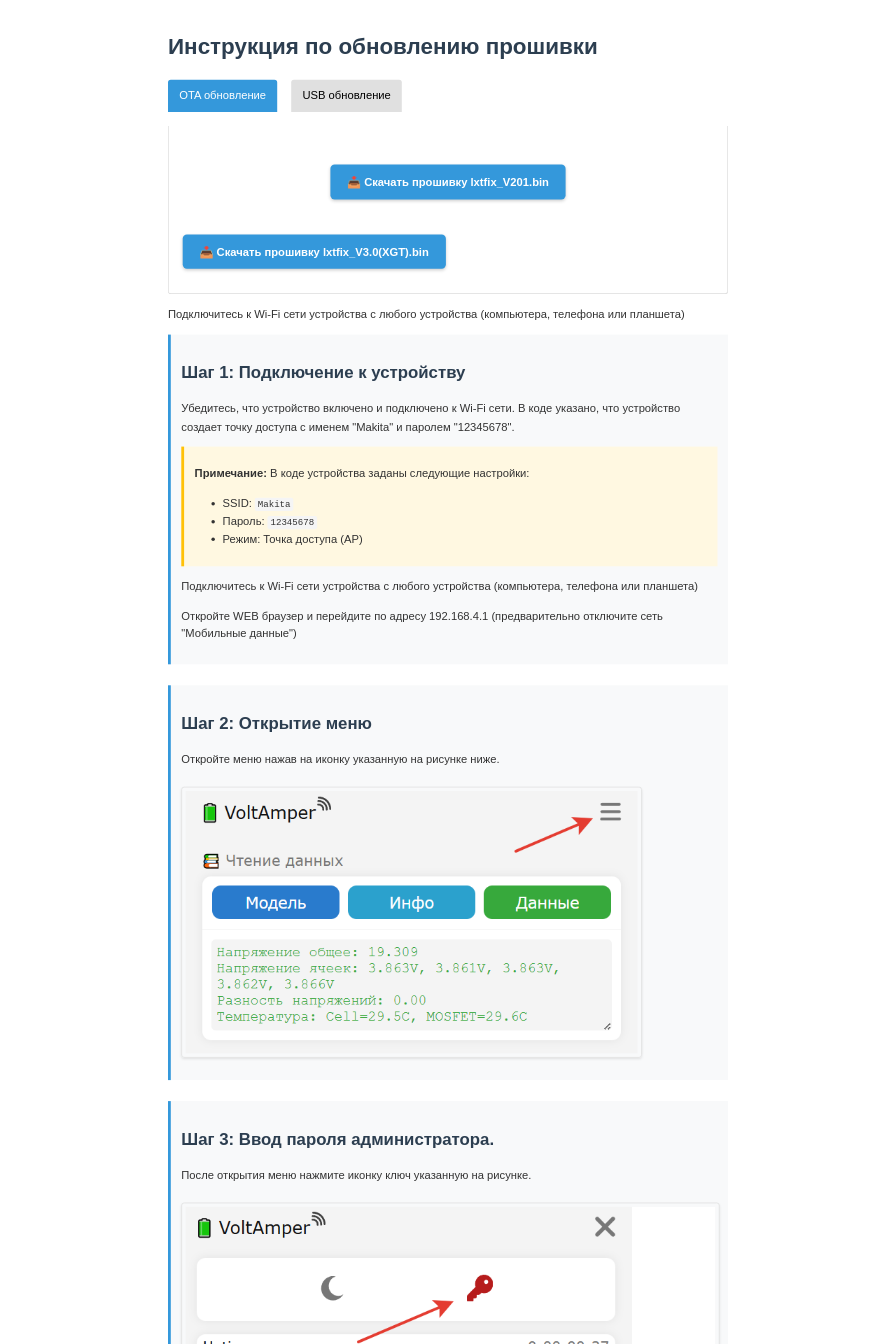
Repository: NikElectronics/ELIXStoFIX
Page: firmware.html
An editor plug-in stored every save of this project. The page is shown before and after the next save, followed by the edit.
The browser window is 1280 px wide. The pictures show the part of the page from y = 0 to 1920 px (the page is 5614 px tall before and 5601 px after), at 70% of full size.

Above is the page before, as saved 2026-01-19 05:06:23.

### firmware.html
<!DOCTYPE html>
<html lang="ru">

<head>
    <meta charset="UTF-8">
    <meta name="viewport" content="width=device-width, initial-scale=1.0">
    <title>Инструкция по обновлению прошивки</title>
    <style>
        body {
            font-family: Arial, sans-serif;
            line-height: 1.6;
            max-width: 800px;
            margin: 0 auto;
            padding: 20px;
            color: #333;
        }

        h1,
        h2,
        h3 {
            color: #2c3e50;
        }

        .step {
            margin-bottom: 30px;
            padding: 15px;
            border-left: 4px solid #3498db;
            background-color: #f8f9fa;
        }

        .screenshot {
            max-width: 100%;
            border: 1px solid #ddd;
            border-radius: 4px;
            padding: 5px;
            margin: 10px 0;
            box-shadow: 0 2px 4px rgba(0, 0, 0, 0.1);
            cursor: pointer;
            transition: transform 0.3s ease;
        }

        .screenshot:hover {
            transform: scale(1.05);
        }

        /* Стили для модального окна изображения */
        .modal {
            display: none;
            position: fixed;
            z-index: 1000;
            left: 0;
            top: 0;
            width: 100%;
            height: 100%;
            background-color: rgba(0, 0, 0, 0.9);
            backdrop-filter: blur(5px);
        }

        .modal-content {
            display: block;
            margin: auto;
            max-width: 90%;
            max-height: 90%;
            position: absolute;
            top: 50%;
            left: 50%;
            transform: translate(-50%, -50%);
            border-radius: 8px;
        }

        .close {
            position: absolute;
            top: 20px;
            right: 35px;
            color: #fff;
            font-size: 40px;
            font-weight: bold;
            cursor: pointer;
            z-index: 1001;
        }

        .close:hover {
            color: #ccc;
        }

        .note {
            background-color: #fff8e1;
            border-left: 4px solid #ffc107;
            padding: 10px 15px;
            margin: 15px 0;
        }

        .warning {
            background-color: #ffebee;
            border-left: 4px solid #f44336;
            padding: 10px 15px;
            margin: 15px 0;
        }

        code {
            background-color: #f5f5f5;
            padding: 2px 4px;
            border-radius: 3px;
            font-family: monospace;
        }

        .download-btn {
            display: inline-block;
            background-color: #3498db;
            color: white;
            padding: 12px 24px;
            text-decoration: none;
            border-radius: 6px;
            font-weight: bold;
            transition: all 0.3s ease;
            box-shadow: 0 2px 5px rgba(0, 0, 0, 0.2);
            margin: 15px 0;
        }

        .download-btn:hover {
            background-color: #2980b9;
            transform: translateY(-2px);
            box-shadow: 0 4px 8px rgba(0, 0, 0, 0.2);
        }

        .download-btn:active {
            transform: translateY(0);
            box-shadow: 0 2px 3px rgba(0, 0, 0, 0.2);
        }

        .download-container {
            text-align: center;
            margin: 20px 0;
        }

        .tab-btn {
            background-color: #e0e0e0;
            border: none;
            outline: none;
            cursor: pointer;
            padding: 14px 16px;
            font-size: 16px;
            border-radius: 4px 4px 0 0;
            transition: 0.3s;
        }

        .tab-btn.active {
            background-color: #3498db;
            color: white;
        }

        .tab-btn:hover:not(.active) {
            background-color: #bdc3c7;
        }

        .tab-content {
            padding: 20px;
            border: 1px solid #ddd;
            border-top: none;
            border-radius: 0 0 4px 4px;
        }
    </style>
</head>

<body>

    <h1>Инструкция по обновлению прошивки</h1>

    <div style="display: flex; gap: 20px; margin: 20px 0;">
        <button id="otaTab" class="tab-btn active" onclick="showTab('ota')">OTA обновление</button>
        <button id="usbTab" class="tab-btn" onclick="showTab('usb')">USB обновление</button>
    </div>

    <div id="otaContent" class="tab-content">

        <div class="download-container" id="downloadSection">
            <a href="files/lxtfix_V201.bin" download class="download-btn">
                📥 Скачать прошивку lxtfix_V201.bin
            </a>
        </div>
                <!-- <div class="download-container" id="downloadSection"> -->
            <a href="files/lxtfix_V3.0(XGT).bin" download class="download-btn">
                📥 Скачать прошивку lxtfix_V3.0(XGT).bin
            </a>
        </div>

        <p>Подключитесь к Wi-Fi сети устройства с любого устройства (компьютера, телефона или планшета)</p>

        <div class="step">
            <h2>Шаг 1: Подключение к устройству</h2>
            <p>Убедитесь, что устройство включено и подключено к Wi-Fi сети. В коде указано, что устройство создает
                точку
                доступа с именем "Makita" и паролем "12345678".</p>
            <div class="note">
                <p><strong>Примечание:</strong> В коде устройства заданы следующие настройки:</p>
                <ul>
                    <li>SSID: <code>Makita</code></li>
                    <li>Пароль: <code>12345678</code></li>
                    <li>Режим: Точка доступа (AP)</li>
                </ul>
            </div>
            <p>Подключитесь к Wi-Fi сети устройства с любого устройства (компьютера, телефона или планшета)</p>
            <p>Откройте WEB браузер и перейдите по адресу 192.168.4.1 (предварительно отключите сеть "Мобильные данные")
            </p>
        </div>

        <div class="step">
            <h2>Шаг 2: Открытие меню</h2>
            <p>Откройте меню нажав на иконку указанную на рисунке ниже. </p>
            <img src="images/menu.png" alt="Главная страница веб-интерфейса" class="screenshot">
        </div>

        <div class="step">
            <h2>Шаг 3: Ввод пароля администратора.</h2>
            <p>После открытия меню нажмите иконку ключ указанную на рисунке.</p>
            <img src="images/menu_open.png" alt="Главная страница веб-интерфейса" class="screenshot">
            <p>И введите в поле, открывшегося окна Password, пароль LXTFIX (для новых версий) или nik1709 (для старых
                версий)</p>
            <img src="images/password.png" alt="Главная страница веб-интерфейса" class="screenshot">
        </div>

        <div class="step">
            <h2>Шаг 4: Выбор прошивки</h2>
            <p>После ввода правильного пароля иконка ключа станет зеленым и появится иконка ОТА (облако)".</p>
            <p>Нажав на иконку OTA откроется проводник файлов вашего устройства. Найдите и выберите заранее скачанную
                прошивку.</p>
            <img src="images/pass_good.png" alt="Раздел программатора" class="screenshot">
            <div class="note">
                <p><strong>Примечание:</strong> Убедитесь, что файл прошивки имеет правильный формат (обычно .bin) и
                    совместим с вашим устройством.</p>
            </div>
        </div>

        <div class="step">
            <h2>Шаг 5: Загрузка новой прошивки</h2>
            <p>После выбора файла прошивки нажмите кнопку ОК для начала загрузки. </p>
            <img src="images/firmware.png" alt="Интерфейс загрузки прошивки" class="screenshot">
        </div>

        <div class="step">
            <h2>Шаг 6: Процесс обновления</h2>
            <p>При обновлении прошивки иконка облако станет зеленым. Не прерывайте процесс обновления и не отключайте
                питание устройства до появления сообщения "OTA завершено" в нижней части экрана.</p>
            <img src="images/green.png" alt="Процесс обновления прошивки" class="screenshot">
            <div class="warning">
                <p><strong>Внимание:</strong> Прерывание процесса обновления может привести к повреждению прошивки и
                    необходимости физического перепрограммирования устройства!</p>
            </div>
        </div>

        <div class="step">
            <h2>Шаг 7: Завершение обновления</h2>
            <p>После успешной загрузки прошивки устройство обычно перезагружается автоматически. Если этого не
                произошло, вы
                можете перезагрузить устройство вручную с помощью кнопки "Перезагрузить" в веб-интерфейсе или выключив и
                включив питание.</p>
        </div>

        <div class="step">
            <h2>Шаг 8: Проверка новой версии</h2>
            <p>После перезагрузки снова откройте меню и проверьте, что версия прошивки изменилась на новую.</p>
            <img src="images/control.png" alt="Процесс обновления прошивки" class="screenshot">
        </div>

        <div class="note" id="additionalInfo">
            <h3>Дополнительная информация</h3>
            <p>В коде устройства реализована система лицензирования через серийный номер. Если после обновления
                возникают
                проблемы с лицензией, проверьте правильность введенного ключа в разделе программатора. Обратитесь в
                техподдержку.</p>
        </div>

        <div class="warning" id="importantWarnings">
            <h3>Важные предупреждения</h3>
            <ul>
                <li>Под паролем администратора не совершайте иных действий кроме указанных в данной инструкции.</li>
                <li>Убедитесь, что источник прошивки надежный и файл не поврежден</li>
                <li>Не прерывайте процесс обновления</li>
                <li>Убедитесь, что устройство имеет стабильное питание во время обновления</li>
            </ul>
        </div>
    </div>

    <div id="usbContent" class="tab-content" style="display: none;">
        <div class="download-container" id="downloadSectionUsb">
            <a href="files/lxtfix_V201.bin" download class="download-btn">
                📥 Скачать прошивку lxtfix_V201.bin
            </a>
        </div>

        <div class="step">
            <h2>Шаг 1: Подготовка к USB обновлению</h2>
            <p>Для обновления прошивки через USB понадобится:</p>
            <ul>
                <li>USB кабель (micro-USB или USB-C, в зависимости от модели устройства)</li>
                <li>Скачанная прошивка (.bin файл)</li>
                <li>WEB ресурс для прошивки <a href="https://esptool.spacehuhn.com/" target="_blank">ESPWebTool</a></li>
            </ul>
            <div class="note">
                <p><strong>Примечание:</strong> Убедитесь, что у вас установлены драйверы для подключения ESP32 к
                    компьютеру и устройство определяется.</p>
            </div>
        </div>

        <div class="step">
            <h2>Шаг 2: Подключение к прибору</h2>
            <p>Подключите USB кабель к диагностическому модулю.</p>
            <img src="images/usb-connection.png" alt="Подключение устройства через USB" class="screenshot">
        </div>

        <div class="step">
            <h2>Шаг 3: Запуск режима прошивки</h2>
            <img src="images/esp.png" alt="Запуск прошивки" class="screenshot">
            <p>Зажмите кнопку BOOT на плате ESP32 и подайте питание подключив USB кабель к компьютеру, удерживая кнопку.
                После включения питания можно отпустить кнопку.</p>
            <div class="note">
                <p><strong>Примечание:</strong> Устройство должно появиться в диспетчере устройств как COM порт.</p>
            </div>
        </div>

        <div class="step">
            <h2>Шаг 4: Настройка и загрузка прошивки</h2>
            <p>Откройте <a href="https://esptool.spacehuhn.com/" target="_blank">ESPWebTool</a> и настройте параметры:
            </p>
            <ul>
                <li>Нажмите иконку CONNECT</li>
                <img src="images/connect.png" alt="Интерфейс программатора" class="screenshot">
                <li>Из предлагаемого списка com выберите USB JTAG/Serial debug и нажмите Подключение</li>
                <img src="images/JTAG.png" alt="Интерфейс программатора" class="screenshot">
                <li>Нажав иконку SELECT и выберите файл прошивки, который вы скачали ранее </li>
                <img src="images/Select.png" alt="Интерфейс программатора" class="screenshot">
                <li>Нажмите иконку PROGRAM.</li>
                <img src="images/Program.png" alt="Интерфейс программатора" class="screenshot">
                <li>Дождитесь окончания загруки.</li>
            </ul>
            <!-- <img src="images/programmer-tab.jpeg" alt="Интерфейс программатора" class="screenshot"> -->
        </div>

        <!-- <div class="step">
            <h2>Шаг 5: Загрузка прошивки</h2>
            <p>Начните процесс прошивки, нажав кнопку "Start" или "Upload" в программе. Дождитесь завершения процесса.</p>
            <img src="images/programmer-tab.jpeg" alt="Процесс загрузки прошивки" class="screenshot">
            <div class="warning">
                <p><strong>Внимание:</strong> Не отключайте USB кабель и не выключайте устройство до завершения процесса прошивки!</p>
            </div>
        </div> -->

        <div class="step">
            <h2>Шаг 5: Перезагрузка устройства</h2>
            <p>После успешной загрузки прошивки отключите питание устройства и отсоедините USB кабель. Затем снова
                подключите питание, чтобы запустить новую прошивку.</p>
        </div>

        <div class="step">
            <h2>Шаг 6: Проверка новой версии</h2>
            <p>После перезагрузки откройте веб-интерфейс устройства и проверьте, что версия прошивки изменилась на
                новую.</p>
            <img src="images/control.png" alt="Версия прошивки" class="screenshot">
        </div>

        <div class="note" id="additionalInfoUsb">
            <h3>Дополнительная информация</h3>
            <p>Если у вас возникли проблемы с подключением устройства к компьютеру, проверьте наличие и
                работоспособность USB драйверов.</p>
            <p>В коде устройства реализована система лицензирования через серийный номер. Если после обновления
                возникают
                проблемы с лицензией, проверьте правильность введенного ключа в разделе программатора. Обратитесь в
                техподдержку.</p>
        </div>

        <div class="warning" id="importantWarningsUsb">
            <h3>Важные предупреждения</h3>
            <ul>
                <li>Убедитесь, что используете правильный файл прошивки для вашей модели устройства</li>
                <li>Не прерывайте процесс прошивки до его завершения</li>
                <li>Убедитесь, что устройство имеет стабильное питание во время обновления</li>
                <li>Проверьте правильность настроек COM порта и скорости соединения</li>
                <li>Убедитесь, что источник прошивки надежный и файл не поврежден</li>
            </ul>
        </div>
    </div>

    <!-- Модальное окно для изображений -->
    <div class="modal" id="imageModal">
        <span class="close" id="closeModal">&times;</span>
        <img class="modal-content" id="modalImage" src="" alt="">
    </div>

    <script>
        // Функция переключения вкладок
        function showTab(tabName) {
            // Скрыть все содержимое вкладок
            document.getElementById('otaContent').style.display = 'none';
            document.getElementById('usbContent').style.display = 'none';

            // Убрать активный класс со всех кнопок
            document.getElementById('otaTab').classList.remove('active');
            document.getElementById('usbTab').classList.remove('active');

            // Показать выбранную вкладку и сделать кнопку активной
            document.getElementById(tabName + 'Content').style.display = 'block';
            document.getElementById(tabName + 'Tab').classList.add('active');
        }

        // Функция для открытия модального окна с изображением
        function openImageModal(src, alt) {
            const modal = document.getElementById('imageModal');
            const modalImg = document.getElementById('modalImage');
            const closeModal = document.getElementById('closeModal');

            modalImg.src = src;
            modalImg.alt = alt;

            modal.style.display = 'block';

            // Обработчики закрытия
            closeModal.onclick = function () {
                modal.style.display = 'none';
            };

            modal.onclick = function () {
                modal.style.display = 'none';
            };
        }

        // Добавляем функционал для увеличения изображений
        document.addEventListener('click', function (event) {
            // Проверяем, является ли клик по изображению в контейнере
            if (event.target.classList.contains('screenshot')) {
                openImageModal(event.target.src, event.target.alt);
            }
        });

        // Закрытие модального окна при нажатии на клавишу Escape
        document.addEventListener('keydown', function (event) {
            if (event.key === 'Escape') {
                const modal = document.getElementById('imageModal');
                if (modal.style.display === 'block') {
                    modal.style.display = 'none';
                }
            }
        });
    </script>
</body>

</html>

After the next save:
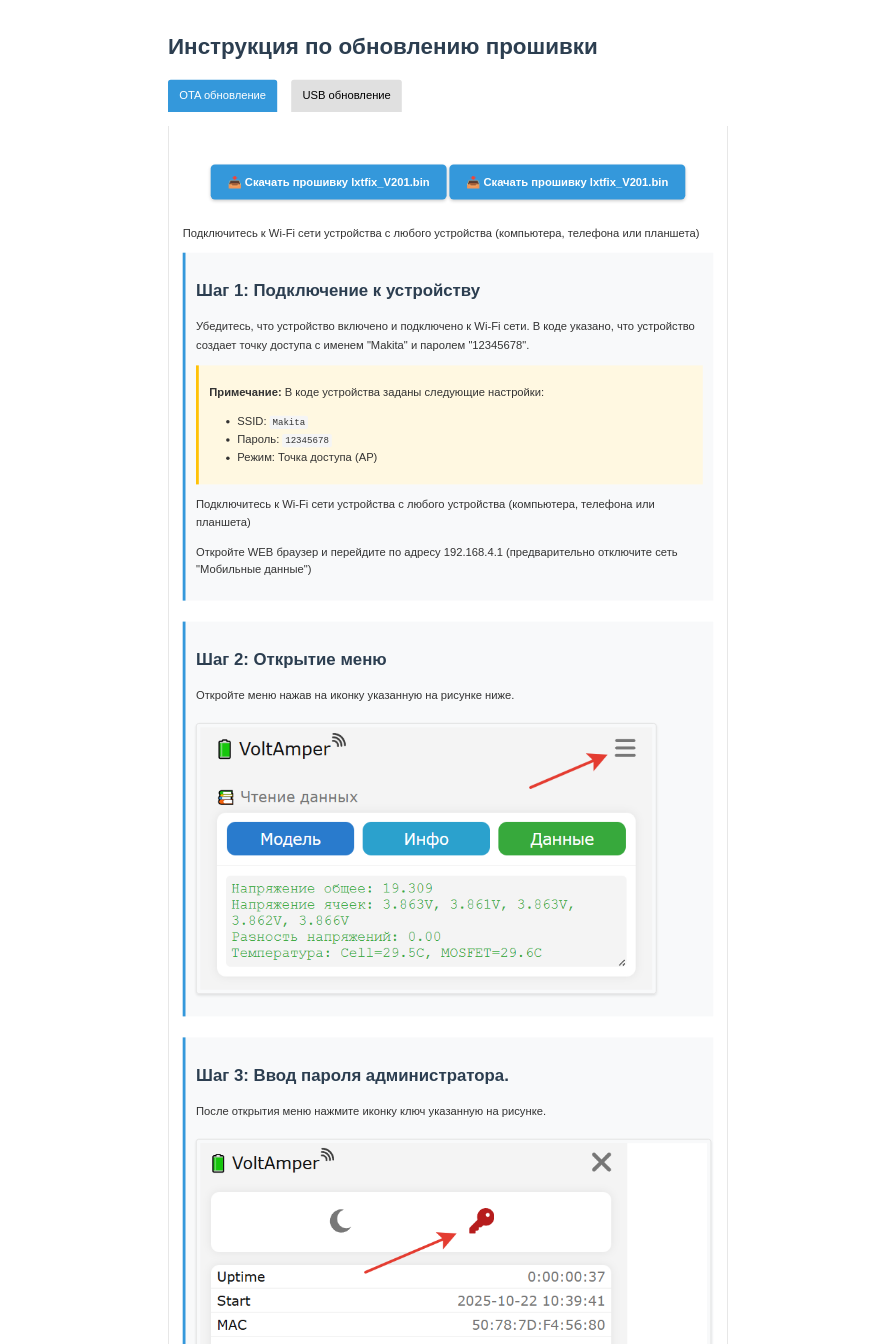
Saved 42 s later.
--- a/firmware.html
+++ b/firmware.html
@@ -177,10 +177,8 @@
             <a href="files/lxtfix_V201.bin" download class="download-btn">
                 📥 Скачать прошивку lxtfix_V201.bin
             </a>
-        </div>
-                <!-- <div class="download-container" id="downloadSection"> -->
             <a href="files/lxtfix_V3.0(XGT).bin" download class="download-btn">
-                📥 Скачать прошивку lxtfix_V3.0(XGT).bin
+                📥 Скачать прошивку lxtfix_V201.bin
             </a>
         </div>
 
